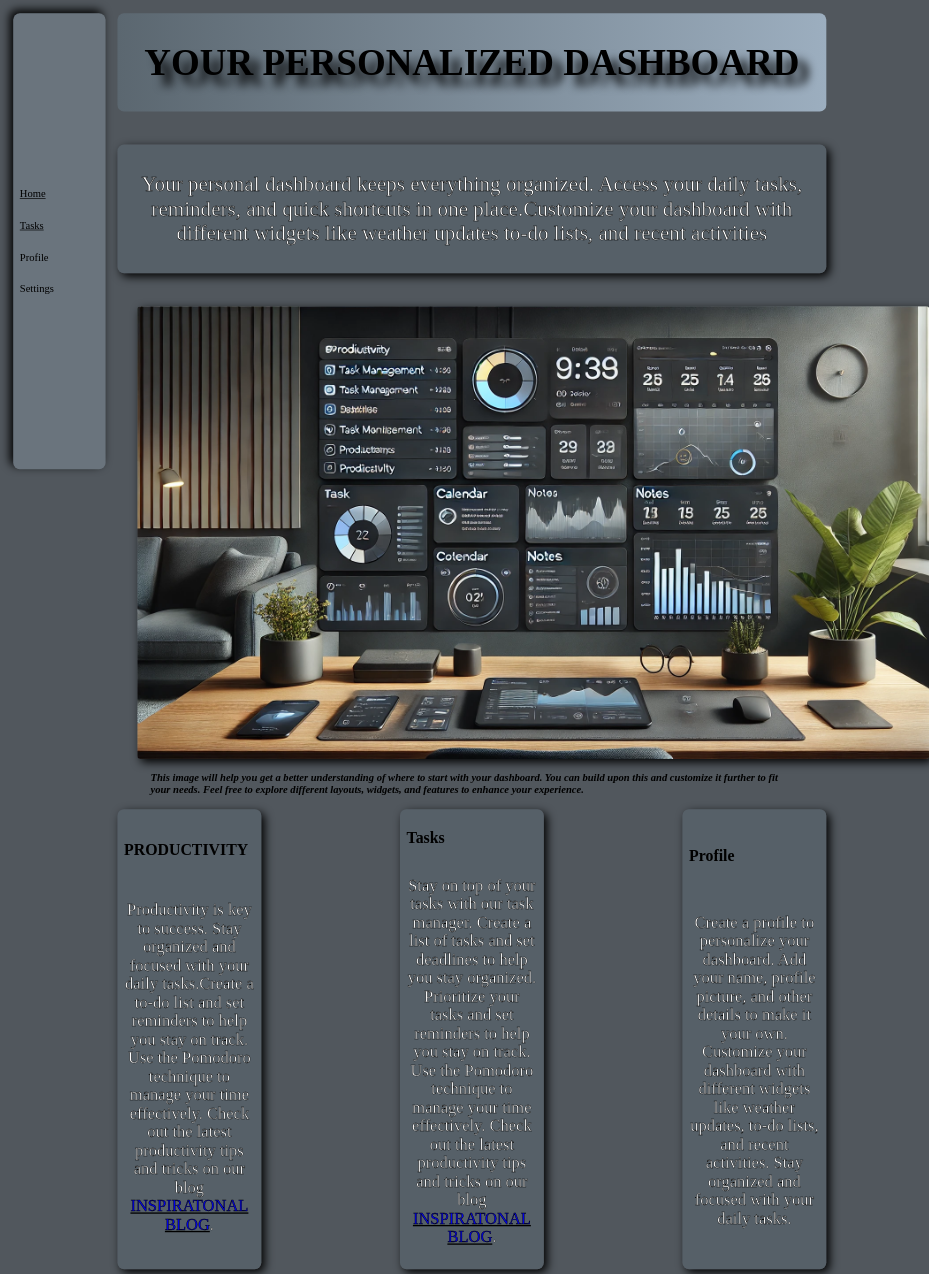
Repository: Parnicoza/testecomplete
Page: testcomplet-14.html
An editor plug-in stored every save of this project. The page is shown before and after the next save, followed by the edit.
The browser window is 1280 px wide. The page is 1408 px wide, so the pictures cover 1408 px, including what lies to the right of the window. The pictures show the whole page, at 66% of full size.

Above is the page before, as saved 2025-03-02 12:28:19.

### testcomplet-14.html
<!DOCTYPE html>
<html lang="en">

<head>
    <title>Personal Dashboard</title>
    <link rel="stylesheet" href="stilizaretestcomplet-14.css">
    <link rel="icon" href="imaginitestecomplete/dashboard.ico">
</head>

<body>
    <div class="background-for-the-heading" id="Home">
        <h1 class="main-heading">Your Personalized Dashboard</h1>
    </div>

    <div class="thesamebackground">
        <p class="paragraph-gradient">Your personal dashboard keeps everything organized. Access your daily tasks,
            reminders, and quick shortcuts in one place.Customize your dashboard with different widgets like weather
            updates to-do lists, and recent activities</p>
    </div>

    <div class="divimage">
        <figure>
            <img src="imaginitestecomplete/productivity.jpg" alt="productivity image" width="1200" class="image"
                title="Productivity image" usemap="#dashboard-map" id="Tasks">
            <map name="dashboard-map">
                <area shape="rect" coords="341,127,487,280" href="https://blog.productivity.directory/"
                    alt="Productivity blog" target="_blank">
                <area shape="rect" coords="670,134,825,280" href="https://blog.productivity.directory/"
                    alt="Productivity blog" target="_blank">
            </map>
            <figcaption class="figcaption">This image will help you get a better understanding of where to start with
                your dashboard.
                You can build upon this and customize it further to fit your needs.
                Feel free to explore different layouts, widgets, and features to enhance your experience.
            </figcaption>
        </figure>
    </div>

    <div class="Dashboard">
        <div class="sidebar">
            <ul class="list">
                <li><a href="#Home" class="home" title="Press here to go to home page">Home</a></li>
                <li><a href="#Tasks" class="home" title="Click here to go to Tasks">Tasks</a></li>
                <li>Profile</li>
                <li>Settings</li>
            </ul>
        </div>
    </div>

    <div class="BLOCKS">
        <div class="blocks"> <!--Acesta este primul block-->
            <h2 class="headingforblock">Productivity</h2>
            <p class="paragraph-gradient1">Productivity is key to success. Stay organized and focused with your daily
                tasks.Create a to-do list and set reminders to help you stay on track. Use the Pomodoro technique to
                manage your time effectively. Check out the latest productivity tips and tricks on our blog
                <a href="https://blog.productivity.directory/" target="_blank"
                    title="Press here to find more tips and tricks">INSPIRATONAL BLOG</a>.
            </p>
        </div>

        <div class="blocks"><!--Acesta este al doilea block-->
            <h2 class="heading">Tasks</h2>
            <p class="paragraph-gradient1">Stay on top of your tasks with our task manager. Create a list of tasks and
                set deadlines to help you stay organized. Prioritize your tasks and set reminders to help you stay on
                track. Use the Pomodoro technique to manage your time effectively. Check out the latest productivity
                tips and tricks on our blog
                <a href="https://blog.productivity.directory/" target="_blank"
                    title="Press here to find more tips and tricks">INSPIRATONAL BLOG</a>.
            </p>
        </div>

        <div class="blocks"><!--Acesta este al treilea block-->
            <h2 class="heading">Profile</h2>
            <p class="paragraph-gradient1">Create a profile to personalize your dashboard. Add your name, profile picture,
                and other details to make it your own. Customize your dashboard with different widgets like weather
                updates, to-do lists, and recent activities. Stay organized and focused with your daily tasks.
            </p>

        </div>
    </div>
</body>

</html>

### stilizaretestcomplet-14.css
body{
    background-color:#51575D;
}

.main-heading{
    text-align: center;
    text-transform: uppercase;
    text-shadow: 15px 15px 15px black;
    font-size: 3.5em;
    color: black;
}

.background-for-the-heading{
    background: linear-gradient(to right, #5B6770, #9CAEBF);
    margin: 20px;
    padding: 5px;
    border-radius: 10px;
    margin-left: 170px;
}

.thesamebackground{
    background-color: rgba(91, 103, 112, 0.6) ;
    margin-left: 170px;
    margin-top: 50px;
    text-align: center;
    padding: 10px;
    border-radius: 10px;
    box-shadow: 5px 5px 15px black;
    margin-right: 20px;
}

.paragraph-gradient{
    color: #ffff;
    font-size: 2em;
    -webkit-text-stroke: 0.7px black;
    text-align: center;
}

.quote{
    border: 1px dotted black;
    padding: 10px;
    margin-left: 150px;
}

.divider{
    border: none;
    height: 4px;
    background-color: lightgray;
    border: 3px dotted black;
    margin: 14px;
    margin-left: 150px;
}

.image{
    border-radius: 5px;
    box-shadow: 5px 5px 15px black;
    display: block;
    margin: 0 auto;
}

.picture{
    margin-left: 160px;
}

.Dashboard{
    display: flex;
}

.sidebar{
    display: flex;
    flex-direction: column;
   width: 140px;
   position: fixed;
   left: 0;
   top: 0;
   height: 96vh;
   justify-content: center;
   margin: 20px;
   background-color: #6A747D;
    border-radius: 10px;
    box-shadow: -5px -5px 15px black;

}

.list{
    list-style-type: none;
    display: flex;
    flex-direction: column;
    gap: 30px;
    padding: 0;
    margin-left: 10px;
}

.container{
    margin-left: 160px;
}

.divimage{
    display: block;
    margin-left: 160px;
    margin-top: 50px;

}

.figcaption{
    font-style: italic;
    font-weight: bold;
    margin: 20px;
}

.home{
    color: black;
}

.BLOCKS{
    display: flex;
    flex-direction: row;
    justify-content: space-evenly;
    gap: 20px;
}
.blocks{
    display: flex;
    flex-direction: column;
    justify-content: space-evenly;
    width: 350px;
    margin-left: 170px;
    background-color: rgba(91, 103, 112, 0.6);
    box-shadow: 5px 5px 15px black;
    border-radius: 10px;
    padding: 10px;
    margin-right: 20px;
}

.blocks2{
    display: flex;
    flex-direction: column;
    justify-content: space-evenly;
    width: 350px;
    background-color: rgba(91, 103, 112, 0.6);
    box-shadow: 5px 5px 15px black;
    border-radius: 10px;
    padding: 10px;
    margin-right: 20px;
}

.blocks3{
    display: flex;
    flex-direction: column;
    justify-content: space-evenly;
    width: 350px;
    background-color: rgba(91, 103, 112, 0.6);
    box-shadow: 5px 5px 15px black;
    border-radius: 10px;
    padding: 10px;
    margin-right: 20px;
}
.headingforblock{
    text-align: left;
    text-transform: uppercase;
    font-weight: bold;
    color: black;
    display: flex;
}

.paragraph-gradient1{
    color: #ffff;
    -webkit-text-stroke: 0.6px black;
    font-size: 25px;
    text-align: center;
}

After the next save:
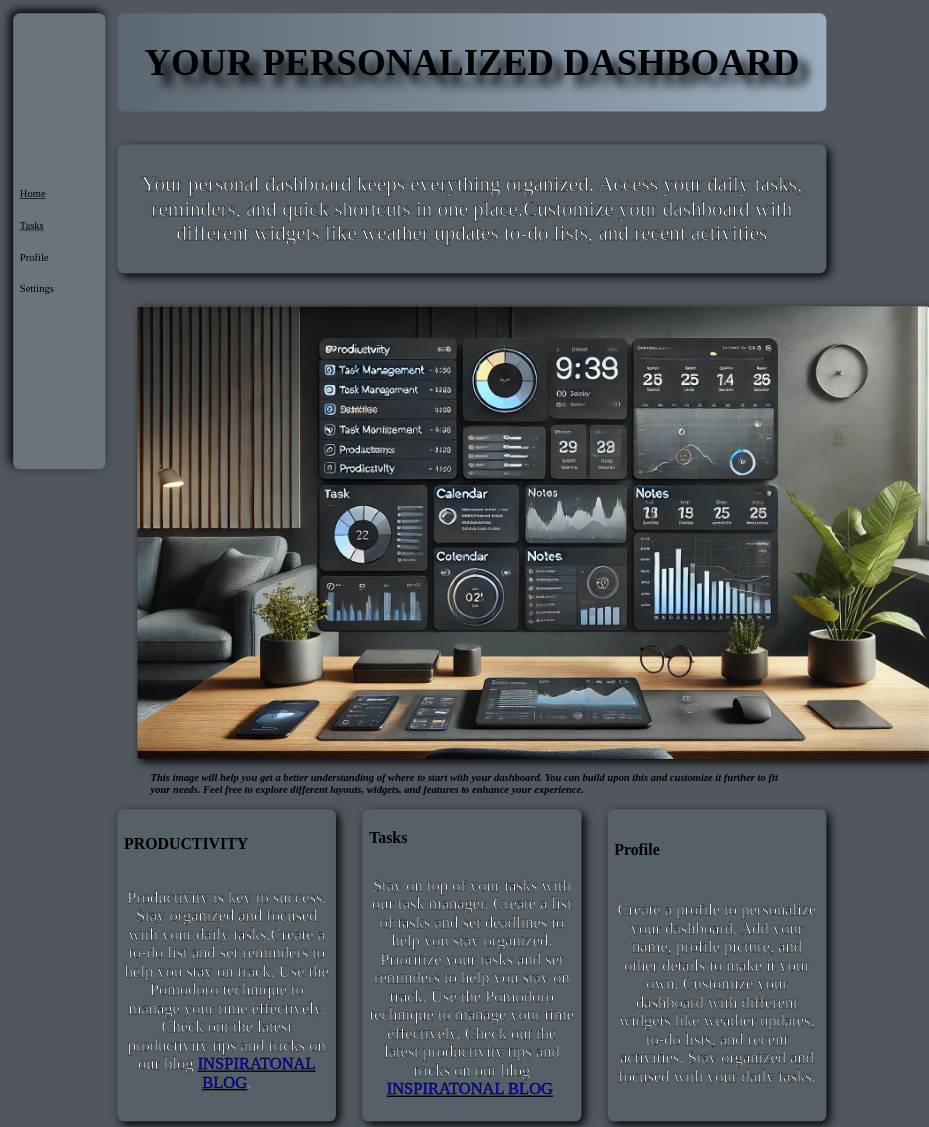
Saved 1 s later.
--- a/testcomplet-14.html
+++ b/testcomplet-14.html
@@ -58,7 +58,7 @@
             </p>
         </div>
 
-        <div class="blocks"><!--Acesta este al doilea block-->
+        <div class="blocks2"><!--Acesta este al doilea block-->
             <h2 class="heading">Tasks</h2>
             <p class="paragraph-gradient1">Stay on top of your tasks with our task manager. Create a list of tasks and
                 set deadlines to help you stay organized. Prioritize your tasks and set reminders to help you stay on
@@ -69,7 +69,7 @@
             </p>
         </div>
 
-        <div class="blocks"><!--Acesta este al treilea block-->
+        <div class="blocks3"><!--Acesta este al treilea block-->
             <h2 class="heading">Profile</h2>
             <p class="paragraph-gradient1">Create a profile to personalize your dashboard. Add your name, profile picture,
                 and other details to make it your own. Customize your dashboard with different widgets like weather
